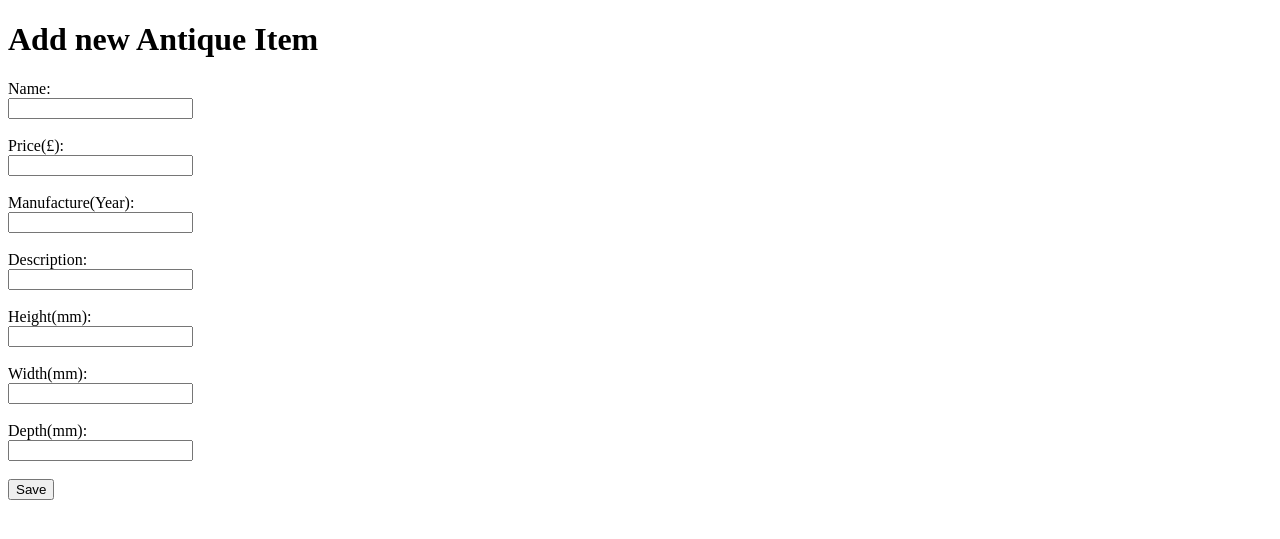
Repository: hidayatmansuri/antique-shop
Page: http://localhost/add
The author's editor kept a record of every edit. The page is drawn from the files as they stood at one moment, then again after the next edit.
The browser window is 1280 px wide. The pictures show the whole page.
The page is served by the project's application, run on Django 2.2 (manage.py).

Above is the page before.

After the next edit:
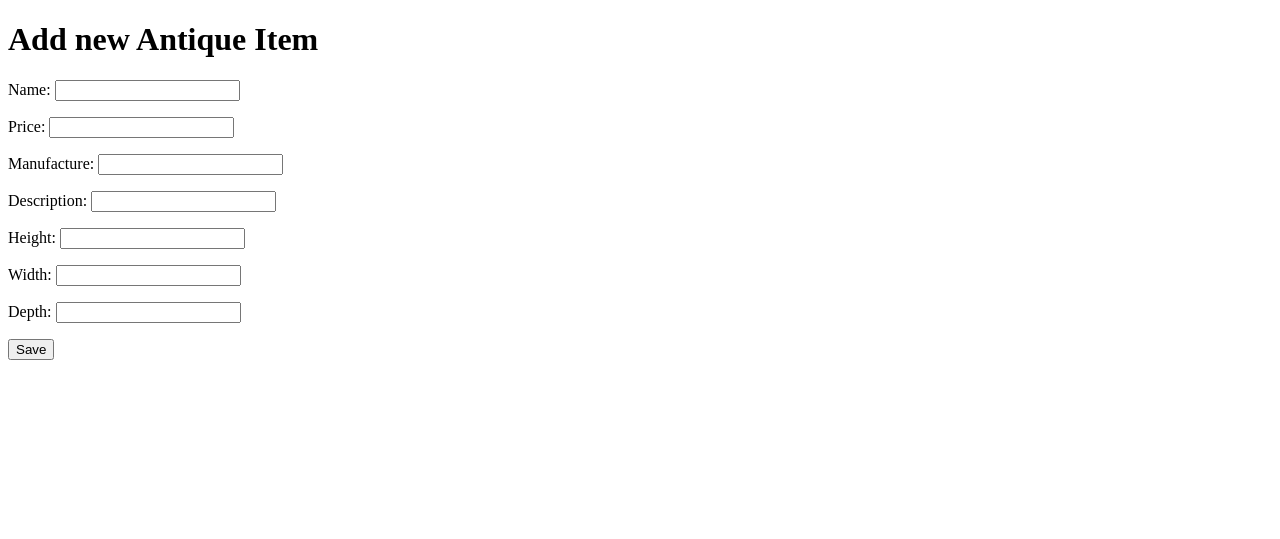
The edit:
--- a/process/templates/addantique.html
+++ b/process/templates/addantique.html
@@ -10,7 +10,9 @@
     <h1> Add new Antique Item </h1>
     <form method="POST">
         {% csrf_token %}
-        <label for="atq_name">Name: </label><br>
+
+        {{ form.as_p }}
+        <!--<label for="atq_name">Name: </label><br>
         <input type="text" id="atq_name" name="atq_name"/><br><br>
         <label for="atq_price">Price(£): </label><br>
         <input type="text" id="atq_price" name="atq_price"/><br><br>
@@ -19,11 +21,11 @@
         <label for="atq_desc">Description: </label><br>
         <input type="text" id="atq_desc" name="atq_desc"/><br><br>
         <label for="atq_height">Height(mm): </label><br>
-        <input type="number" id="atq_height" name="atq_height"/><br><br>
+        <input type="text" id="atq_height" name="atq_height"/><br><br>
         <label for="atq_width">Width(mm): </label><br>
         <input type="text" id="atq_width" name="atq_width"/><br><br>
         <label for="atq_depth">Depth(mm): </label><br>
-        <input type="text" id="atq_depth" name="atq_depth"/><br><br>
+        <input type="text" id="atq_depth" name="atq_depth"/><br><br>-->
         <button type="submit">Save</button>
     </form>
 </body>
